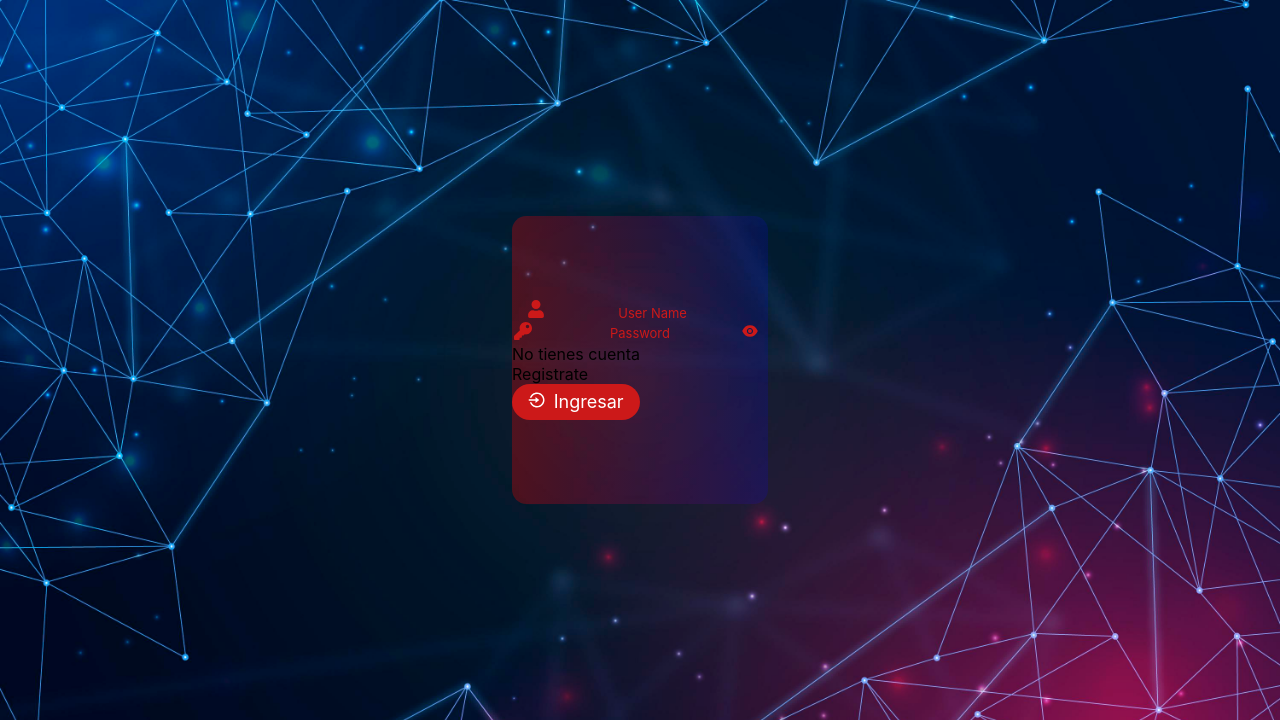
Repository: Davic1o/FrontendMunicipio
Page: /
The author's editor kept a copy of each file at every save. The page is drawn from the files as they stood at one save, then again after the next save.
The browser window is 1280 px wide. The pictures show the whole page.
The project was rebuilt for these pictures with package versions that can differ from the ones it lists, and the page was loaded fresh each time.

Above is the page before, as saved 2024-02-21 18:06:53.

After the next save:
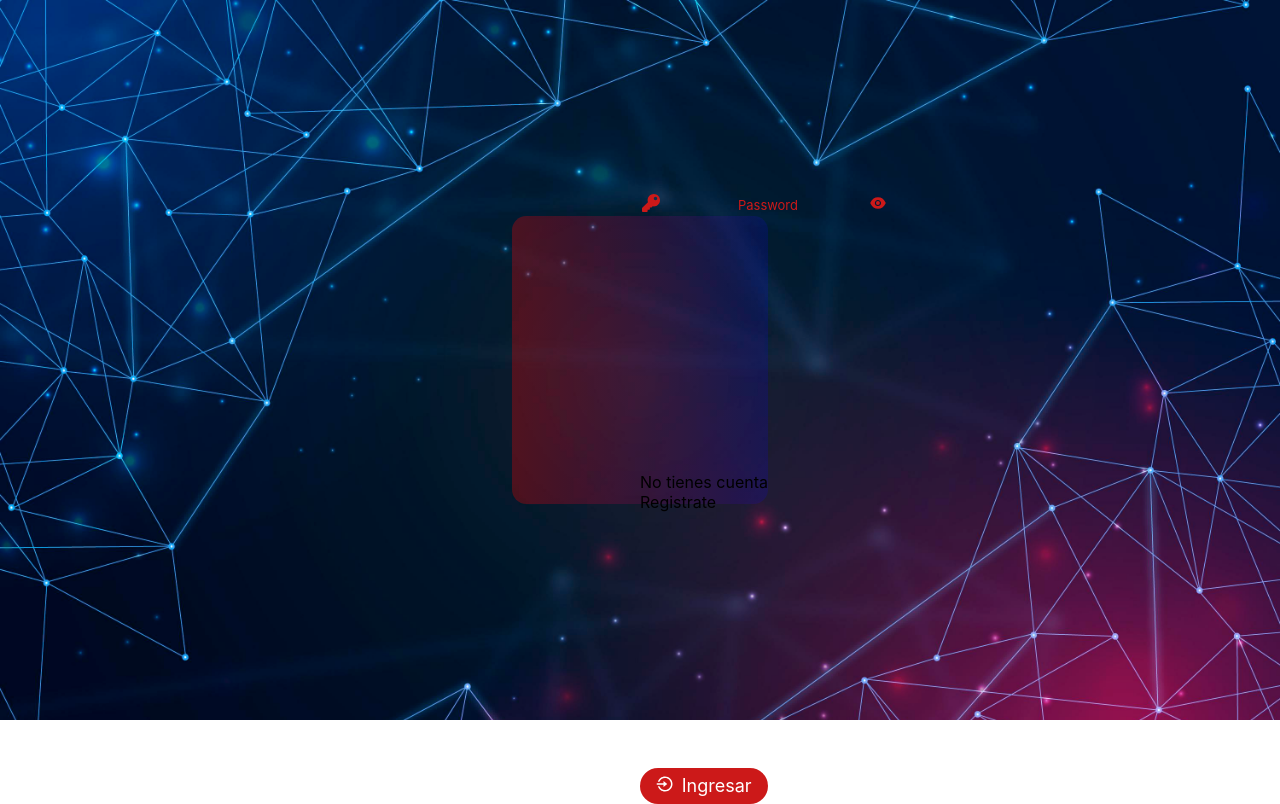
Saved 10 s later.
--- a/src/pages/login.css
+++ b/src/pages/login.css
@@ -20,4 +20,5 @@
 }
 .form{
     width: 20vw;
+    margin: 10vw;
 }
